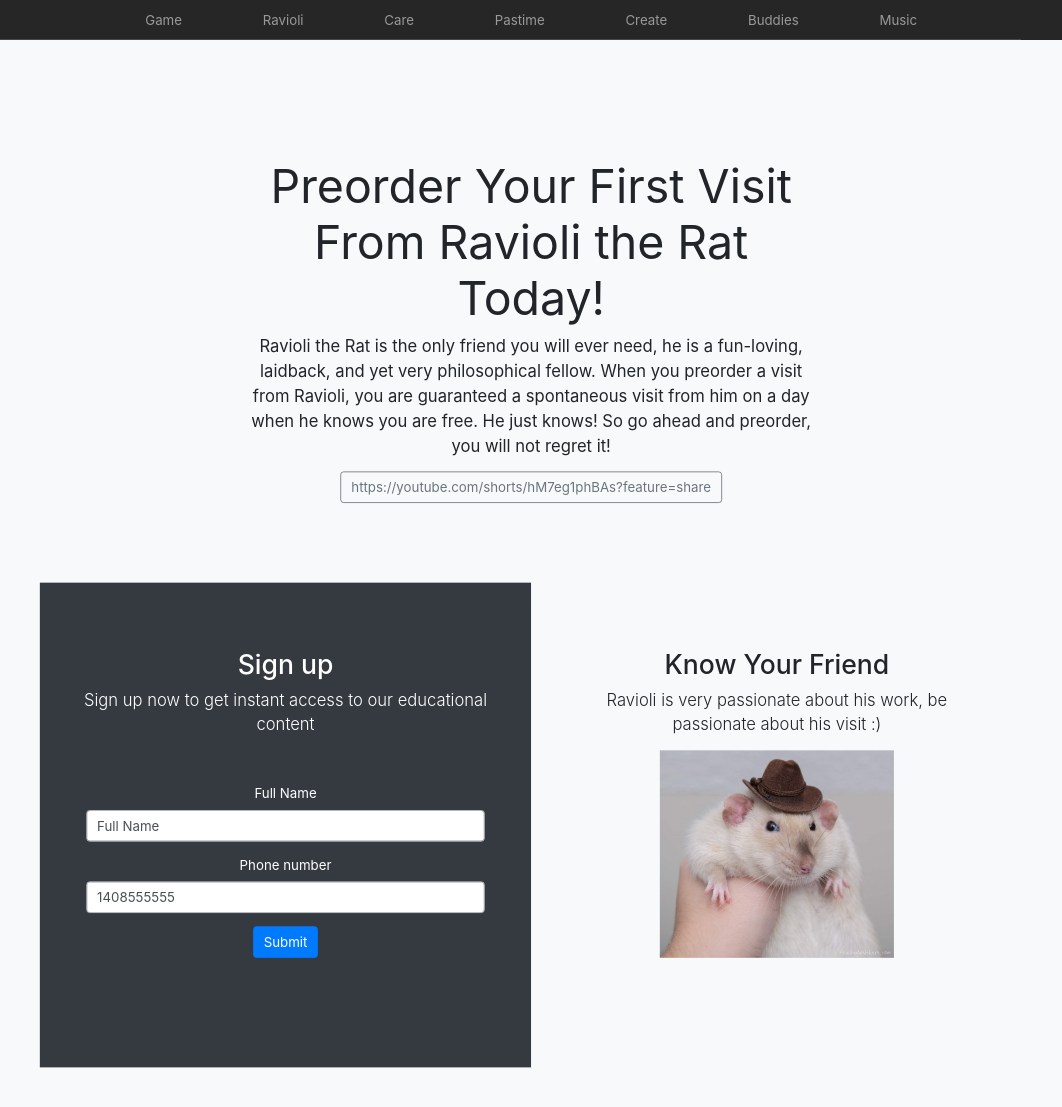
Repository: jesssanchez463/Jess-Sanchez---RESUME
Page: LearnCS8-Twilio/TwilioTemplate/index.html
The author's editor kept a record of every edit. The page is drawn from the files as they stood at one moment, then again after the next edit.
The browser window is 1280 px wide. The pictures show the whole page, at 83% of full size.

Above is the page before.

### LearnCS8-Twilio/TwilioTemplate/index.html
<!doctype html>
<html lang="en">
  <head>
    <!-- Required meta tags -->
    <meta charset="utf-8">
    <meta name="viewport" content="width=device-width, initial-scale=1, shrink-to-fit=no">
    <meta name="description" content="Ravioli the Rat: The Rat That Will Keep You Company Wherever You Go!">
    <meta name="author" content="862385994">

    <!-- Bootstrap CSS -->
    <link rel="stylesheet" href="https://stackpath.bootstrapcdn.com/bootstrap/4.5.2/css/bootstrap.min.css" integrity="sha384-JcKb8q3iqJ61gNV9KGb8thSsNjpSL0n8PARn9HuZOnIxN0hoP+VmmDGMN5t9UJ0Z" crossorigin="anonymous">

    <!-- Title of your Website -->
    <title>Ravioli the Rat</title>
    <link href="product.css" rel="stylesheet">
  </head>
  <body>
    <nav class="site-header sticky-top py-1">
    <!-- Top Menu Bar -->
    <div class="container d-flex flex-column flex-md-row justify-content-between">
        <a class="py-2 d-none d-md-inline-block" id="menu-item-1" href="https://sliding.toys/mystic-square/8-puzzle/"target="_blank">Game</a>
        <a class="py-2 d-none d-md-inline-block" id="menu-item-2" href="https://allourway.com/homemade-italian-ravioli-meat-cheese-filling/"target="_blank">Ravioli</a>
        <a class="py-2 d-none d-md-inline-block" id="menu-item-3" href="https://ratguide.com/care-intro"target="_blank">Care</a>
        <a class="py-2 d-none d-md-inline-block" id="menu-item-4" href="https://maze.toys/mazes/mini/daily/"target="_blank">Pastime</a>
        <a class="py-2 d-none d-md-inline-block" id="menu-item-5" href="https://paint.toys/"target="_blank">Create</a>
        <a class="py-2 d-none d-md-inline-block" id="menu-item-6" href="https://puginarug.com/"target="_blank">Buddies</a>
        <a class="py-2 d-none d-md-inline-block" id="menu-item-7" href="https://binarypiano.com/"target="_blank">Music</a>
    </div>
</nav>
<!-- Main Header Section h1-->
<div class="position-relative overflow-hidden p-3 p-md-5 m-md-0 text-center bg-light">
    <div class="col-md-8 p-lg-5 mx-auto my-5">
        <h1 class="display-4 font-weight-normal">Preorder Your First Visit From Ravioli the Rat Today!</h1>
        <p class="lead font-weight-normal">Ravioli the Rat is the only friend you will ever need, he is a fun-loving, laidback, and yet very philosophical fellow. When you preorder a visit from Ravioli, you are guaranteed a spontaneous visit from him on a day when he knows you are free. He just knows! So go ahead and preorder, you will not regret it!</p>
        <a class="btn btn-outline-secondary" href="#">https://youtube.com/shorts/hM7eg1phBAs?feature=share</a>
    </div>
    <!-- Left Tile -->
<div class="d-md-flex flex-md-equal w-100">
    <div class="bg-dark pt-3 px-3 pt-md-5 px-md-5 text-center text-white overflow-hidden">
        <div class="my-3 py-3">
            <h2 class="display-5">Sign up</h2>
            <p class="lead">Sign up now to get instant access to our educational content</p>
        </div>
        <!-- Web form when submitted will send a text message -->
        <form class="p-2" onsubmit="sendTextMessage(); return false;">
            <!-- Full Name Form Field -->
            <div class="form-group">
                <label for="example-first-name">Full Name</label>
                <input type="text" value="Full Name" class="form-control" id="example-first-name" aria-describedby="emailHelp">
            </div>
            <!-- Phone Number Form Field -->
            <div class="form-group">
                <label for="example-tel-input">Phone number</label>
                <input type="tel" class="form-control" value="1408555555" id="example-tel-input">
            </div>
            <!-- JavaScript that handles onSubmit logic -->
            <!-- Configure the XHR request below with your own credentials -->
            <script>
            function sendTextMessage() {
                console.log("Hello world!");
                var xhr = new XMLHttpRequest();
                var accountSID = "ACac85fcb58296df381fab927fd46937b4";
                var authToken = "c62ed23ad9e8e5c02c6c85f9543d9748";
                var base64encoded = accountSID + ":" + authToken;
                var params = "To=" + document.getElementById('example-tel-input').value + "&From=" + "18559374528" + "&Body=" + "Hello " + document.getElementById('example-first-name').value + "...Rats Love Cheese!"
                xhr.open("POST", "https://api.twilio.com/2010-04-01/Accounts/" + accountSID + "/Messages.json", true);
                xhr.setRequestHeader('Content-Type', 'application/x-www-form-urlencoded');
                xhr.setRequestHeader('Authorization', 'Basic ' + btoa(base64encoded));
                xhr.send(params);
            }
            </script>
            <!-- Submit button that will execute the sendTextMessage function -->
            <button type="submit" class="btn btn-primary">Submit</button>
        </form>
    </div>
<!-- Right Tile -->
    <div class="bg-light pt-3 px-3 pt-md-5 px-md-5 text-center overflow-hidden">
        <div class="my-3 p-3">
            <h2 class="display-5">Know Your Friend</h2>
            <p class="lead">Ravioli is very passionate about his work, be passionate about his visit :)</p>
            <img class="mx-auto" src="example_image.jpg" height="250px">
        </div>
        <div class="mx-auto" style="width: 80%; height: 100px; border-radius: 21px 21px 0 0;"></div>
    </div>
</div>
  </body>
</html>

### LearnCS8-Twilio/TwilioTemplate/product.css
.container {
  max-width: 960px;
}

/*
 * Custom translucent site header
 */

.site-header {
  background-color: rgba(0, 0, 0, .85);
  -webkit-backdrop-filter: saturate(180%) blur(20px);
  backdrop-filter: saturate(180%) blur(20px);
}
.site-header a {
  color: #999;
  transition: ease-in-out color .15s;
}
.site-header a:hover {
  color: #fff;
  text-decoration: none;
}

/*
 * Dummy devices (replace them with your own or something else entirely!)
 */

.product-device {
  position: absolute;
  right: 10%;
  bottom: -30%;
  width: 300px;
  height: 540px;
  background-color: #333;
  border-radius: 21px;
  -webkit-transform: rotate(30deg);
  transform: rotate(30deg);
}

.product-device::before {
  position: absolute;
  top: 10%;
  right: 10px;
  bottom: 10%;
  left: 10px;
  content: "";
  background-color: rgba(255, 255, 255, .1);
  border-radius: 5px;
}

.product-device-2 {
  top: -25%;
  right: auto;
  bottom: 0;
  left: 5%;
  background-color: #e5e5e5;
}


/*
 * Extra utilities
 */

.flex-equal > * {
  -ms-flex: 1;
  flex: 1;
}
@media (min-width: 768px) {
  .flex-md-equal > * {
    -ms-flex: 1;
    flex: 1;
  }
}

.overflow-hidden { overflow: hidden; }

After the next edit:
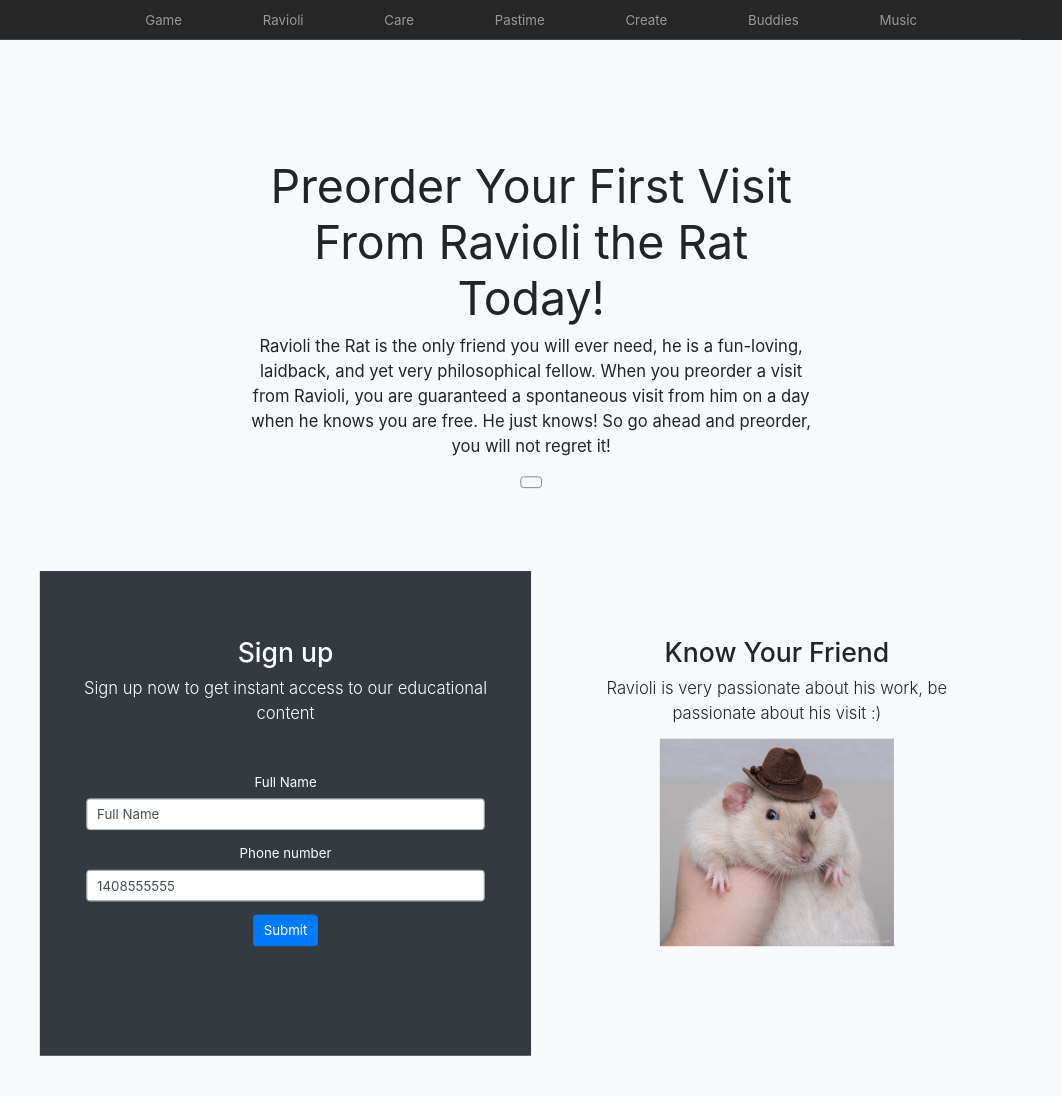
The edit:
--- a/LearnCS8-Twilio/TwilioTemplate/index.html
+++ b/LearnCS8-Twilio/TwilioTemplate/index.html
@@ -32,7 +32,7 @@
     <div class="col-md-8 p-lg-5 mx-auto my-5">
         <h1 class="display-4 font-weight-normal">Preorder Your First Visit From Ravioli the Rat Today!</h1>
         <p class="lead font-weight-normal">Ravioli the Rat is the only friend you will ever need, he is a fun-loving, laidback, and yet very philosophical fellow. When you preorder a visit from Ravioli, you are guaranteed a spontaneous visit from him on a day when he knows you are free. He just knows! So go ahead and preorder, you will not regret it!</p>
-        <a class="btn btn-outline-secondary" href="#">https://youtube.com/shorts/hM7eg1phBAs?feature=share</a>
+        <a class="btn btn-outline-secondary" href="https://youtube.com/shorts/hM7eg1phBAs?feature=share"></a>
     </div>
     <!-- Left Tile -->
 <div class="d-md-flex flex-md-equal w-100">
